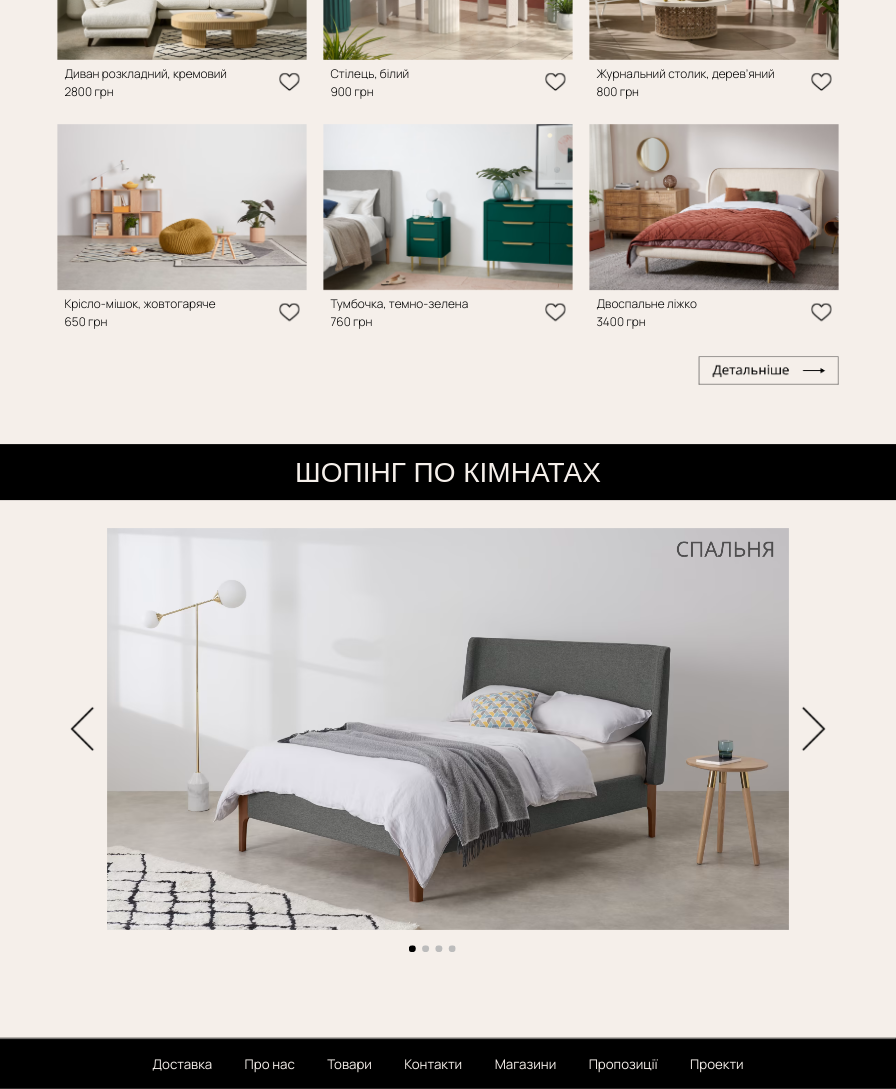
Repository: malykhinaIra/laravel
Page: http://localhost/Lend
The author's editor kept a copy of each file at every save. The page is drawn from the files as they stood at one save, then again after the next save.
The browser window is 1280 px wide. The pictures show the part of the page from y = 2189 to 4109 px (the page is 3744 px tall before and 4109 px after), at 70% of full size.
Some web fonts or font styles are not loaded; a fallback is used. The page is served by the project's Laravel application, run on PHP 8.4 with Laravel 9.

Above is the page before, as saved 2022-05-06 20:47:16.

After the next save:
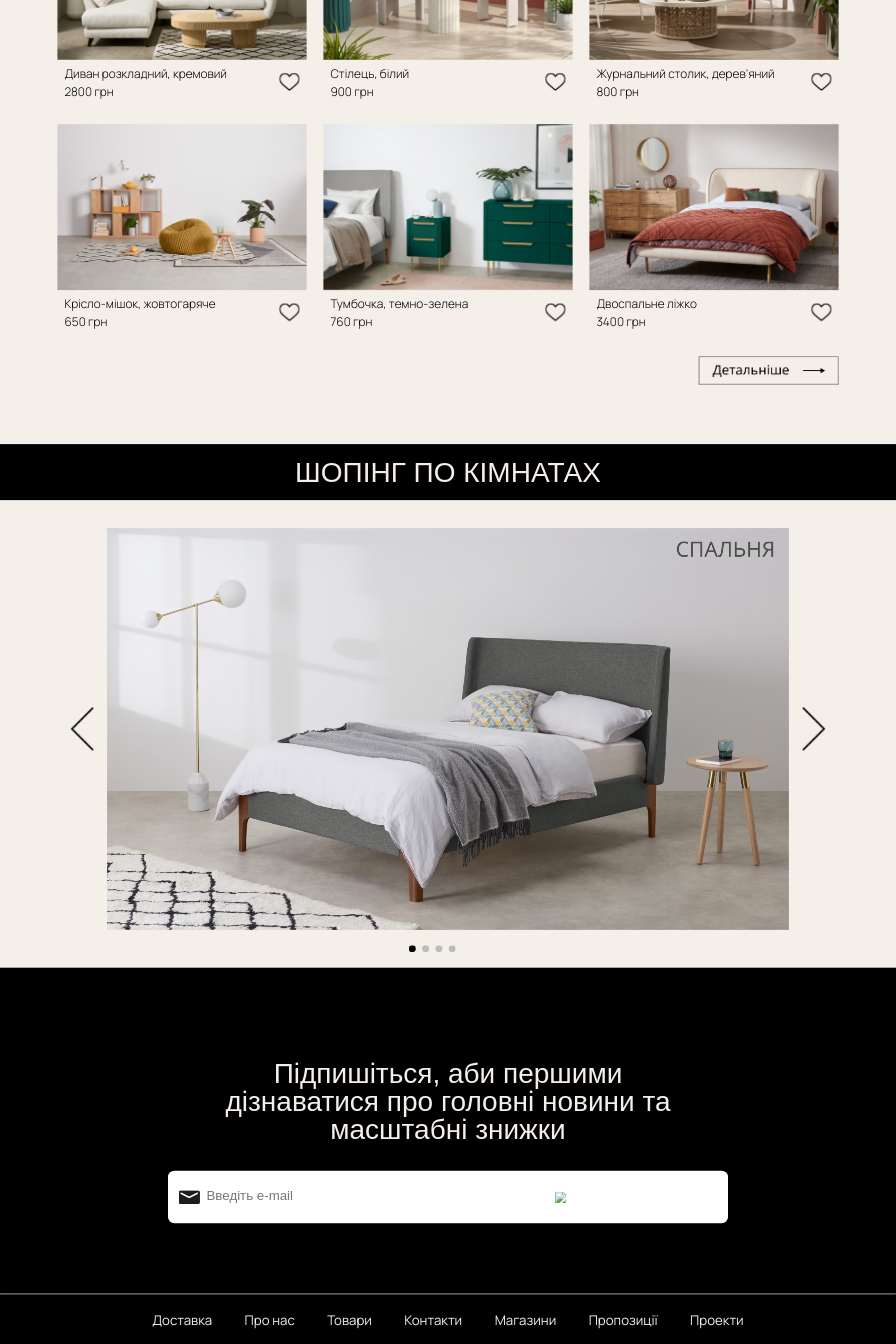
Saved 9 s later.
--- a/blog/resources/views/lend.blade.php
+++ b/blog/resources/views/lend.blade.php
@@ -199,7 +199,6 @@
     <br>
     <footer id="bottom">
     <section class="form">
-    @section('form')
 <?php if (!isset($_POST["mail"])) { ?>
     <p>Підпишіться, аби першими дізнаватися про головні новини та масштабні знижки</p>
     <div class="subscribe">
@@ -218,7 +217,6 @@
     ?>
         <a style="color: #F5EFEA; border: 0; padding:0;"><p style="font-style: italic; padding: 0px; font-size:25px;">Назад</a>
     <?php } ?>
-@endsection
 
     </section>
     <hr>
